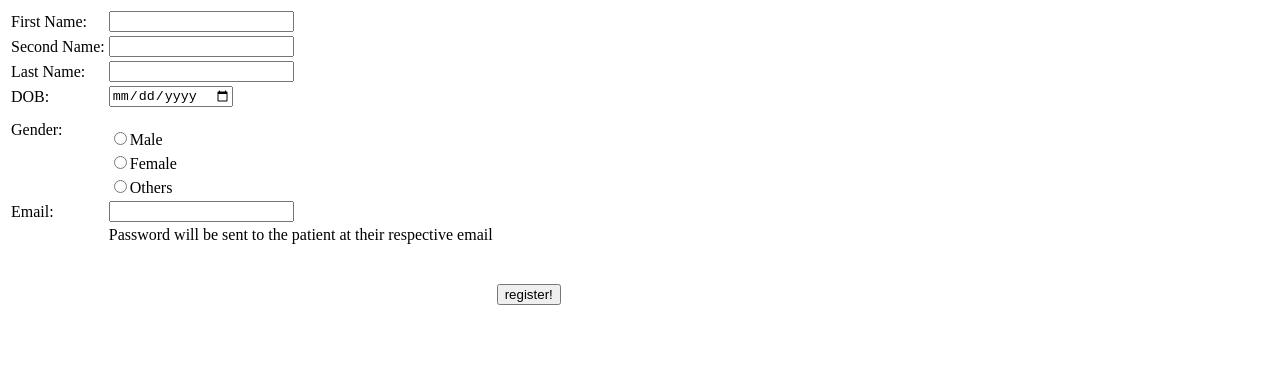
Repository: Asad0786/Learning-Java
Page: http://localhost/HMS/WEB-INF/reception_view/create.jsp
These files come from the project's save history. The page is drawn as it stood at one moment and after the next save; the edit follows.
The browser window is 1280 px wide. The pictures show the whole page.
The page is served by Tomcat 9. Nobody is signed in. The template is opened directly, without the code that normally fills it, so the values that code supplies are empty.

Above is the page before, as saved 2023-05-16 14:08:39.

After the next save:
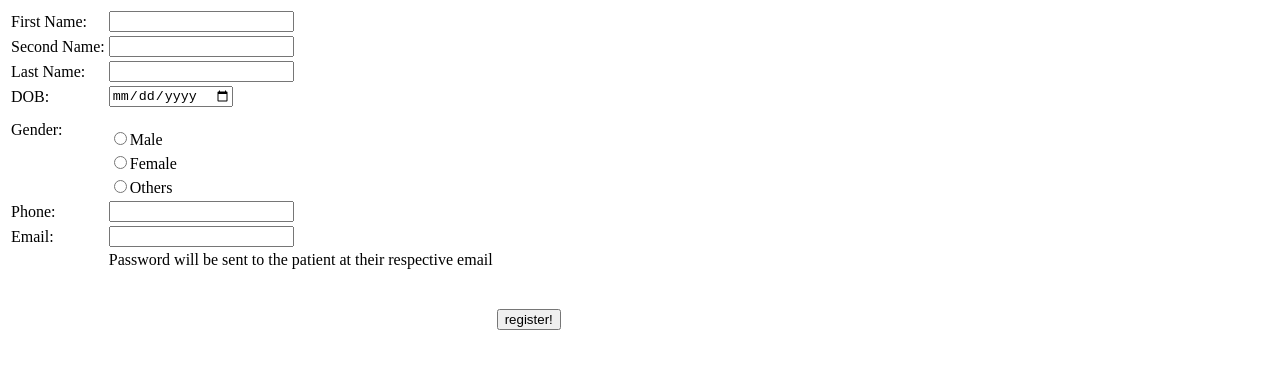
Saved 18 min 58 s later.
--- a/HMS/src/main/webapp/WEB-INF/reception_view/create.jsp
+++ b/HMS/src/main/webapp/WEB-INF/reception_view/create.jsp
@@ -45,6 +45,10 @@ if (session == null) {
 				<td><input type="radio" name="patientGender" value="o">Others</td>
 			</tr>
 			<tr>
+				<td>Phone:</td>
+				<td><input type="email" name="patientPhone"></td>
+			</tr>
+			<tr>
 				<td>Email:</td>
 				<td><input type="email" name="patientEmail"></td>
 			</tr>
